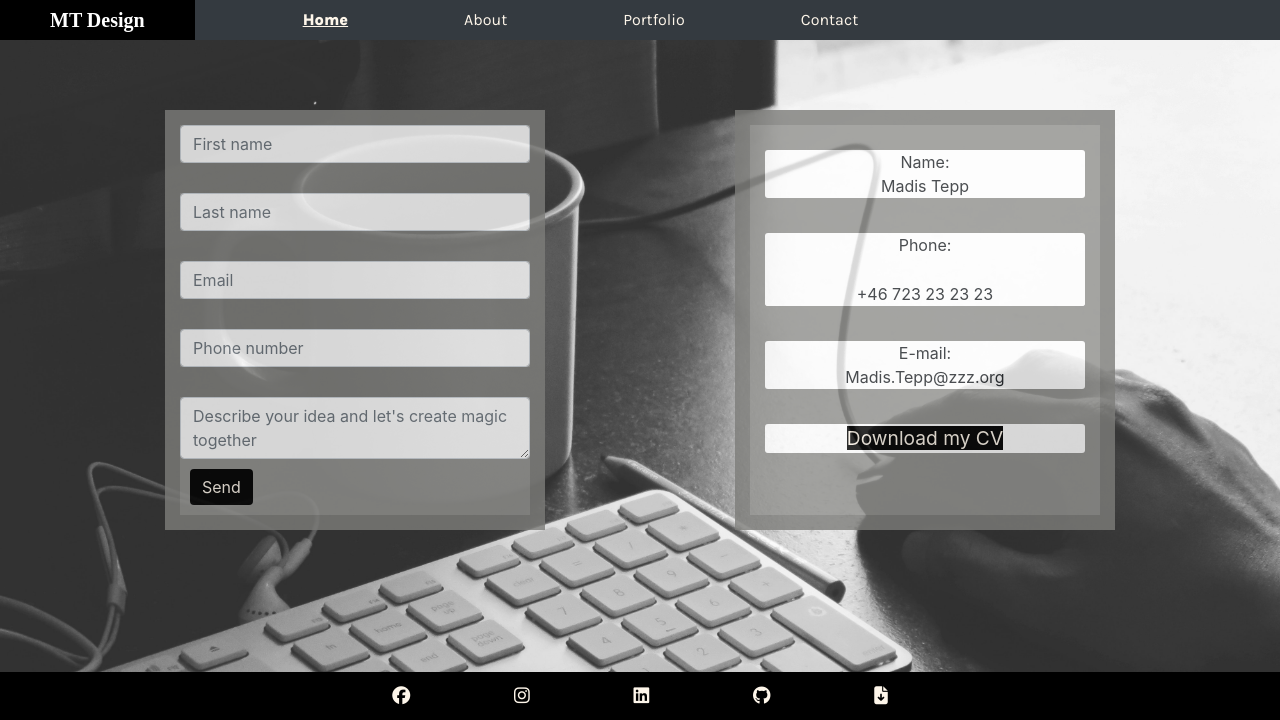
Repository: teppm/personal-portfolio
Page: contact.html
The author's editor kept a record of every edit. The page is drawn from the files as they stood at one moment, then again after the next edit.
The browser window is 1280 px wide. The pictures show the whole page.
Some web libraries are served in a nearby version.

Above is the page before.

### contact.html
<!DOCTYPE html>
<html lang="en">

<head>
    <meta charset="UTF-8">
    <meta name="viewport" content="width=device-width, initial-scale=1.0, shrink-to-fit=no">
    <meta http-equiv="X-UA-Compatible" content="ie=edge">
    <link rel="stylesheet " href="https://stackpath.bootstrapcdn.com/bootstrap/4.3.1/css/bootstrap.min.css" integrity="sha384-ggOyR0iXCbMQv3Xipma34MD+dH/1fQ784/j6cY/iJTQUOhcWr7x9JvoRxT2MZw1T" crossorigin="anonymous">
    <link href="https://fonts.googleapis.com/css?family=Karla:200,200i,400,400i,700,700i,800,800i&display=swap" rel="stylesheet">
    <link rel="stylesheet" href="assets/css/style.css" type="text/css" />
    <title>Madis Tepp</title>
</head>


<body>

<!--navbar-->

<nav class="navbar navbar-expand-lg fixed-top navbar-dark bg-dark">
    <a class="navbar-brand" href="index.html">MT Design</a>
    <button class="navbar-toggler" type="button" data-toggle="collapse" data-target="#navbarSupportedContent" aria-controls="navbarSupportedContent" aria-expanded="false" aria-label="Toggle navigation">
    <span class="navbar-toggler-icon"></span>
    </button>

    <div class="collapse navbar-collapse" id="navbarSupportedContent">
        <ul class="navbar-nav mr-auto">
            <li class="nav-item  active">
                <a class="nav-link" href="index.html">Home<span class="sr-only">(current)</span></a>
            </li>
            <li class="nav-item ">
                <a class="nav-link" href="aboutme.html">About</a>
            </li>
            <li class="nav-item">
                <a class="nav-link" href="portfolio.html">Portfolio</a>
            </li>
            <li class="nav-item">
                <a class="nav-link" href="contact.html">Contact</a>
            </li>
        </ul>
    </div>
</nav>

<!--navbar end-->
<main>
    <div class="container">
        <div class="row justify-content-around">


            <!--contact form-->


            <div class="col-lg-4 col-sm-12 form-style">
                <form>
                    <div class="contact-page-style">
                        <input type="text" class="form-control" placeholder="First name" required>
                    </div>
                    <div class="contact-page-style">
                        <input type="text" class="form-control" placeholder="Last name" required>
                    </div>
                    <div class="contact-page-style">

                        <input type="email" class="form-control" placeholder="Email" required>
                    </div>
                    <div class="contact-page-style">
                        <input type="tel" class="form-control" placeholder="Phone number" required>
                    </div>
                    <div class="contact-page-style">
                        <textarea class="form-control" placeholder="Describe your idea and let's create magic together" required></textarea>
                        <button class="btn btn-primary" type="submit">Send</button>
                    </div>
                </form>
            </div>

            <!--contact form end-->


            <!--contact details-->

            <div class="col-lg-4 col-sm-12 contact-page-style contact-details-style">
                <ul class="contact-list">
                        <li class="contact-details">Name: <br>Madis Tepp</li>

                    <div class="contact-details">
                        <li>Phone:</li>
                        <li class="contact-details">+46 723 23 23 23</li>
                    </div>
                    <div class="contact-details">
                        <li>E-mail:</li>
                        <li>Madis.Tepp@zzz.org</li>
                    </div>
                    <div class="contact-details">
                        <a href="assets/images/Madis_Tepp_CV_2019.docx" target="_blank" class="download-resume">Download my CV</a>
                    </div>
                </ul>
            </div>

            <!--contact details end-->

        </div>
    </div>
</main>

<!--footer section starts here-->


    <footer class="footer fixed-bottom container-fluid">
        <a href="https://www.facebook.com/madis.tepp" target="_blank" title="Visit my Facebook pages"><i class="fab fa-facebook social-links"></i></a>
        <span class="sr-only ">Facebook</span>
        <a href="https://www.instagram.com/teppm/" target="_blank" title="Visit my Instagram account"><i class="fab fa-instagram social-links"></i></a>
        <span class="sr-only ">Instagram</span>
        <a href="https://www.linkedin.com/in/madis-tepp-1a0283b1/" target="_blank" title="Visit my Linkedin account"><i class="fab fa-linkedin social-links"></i></a>
        <span class="sr-only ">Linkedin</span>
        <a href="https://github.com/teppm " target="_blank" title="Visit my GitHub account"><i class="fab fa-github social-links"></i></a>
        <span class="sr-only ">GitHub</span>
        <a href="assets/images/Madis_Tepp_CV_2019.docx" target="_blank" title="Download my resume"><i class="fas fa-file-download social-links"></i></a>
        <span class="sr-only">Resume</span>
    </footer>


<!--footer section ends-->


<!--scrips-->

    <script src="https://code.jquery.com/jquery-3.2.1.slim.min.js" integrity="sha384-KJ3o2DKtIkvYIK3UENzmM7KCkRr/rE9/Qpg6aAZGJwFDMVNA/GpGFF93hXpG5KkN" crossorigin="anonymous"></script>
    <script src="https://cdnjs.cloudflare.com/ajax/libs/popper.js/1.12.9/umd/popper.min.js" integrity="sha384-ApNbgh9B+Y1QKtv3Rn7W3mgPxhU9K/ScQsAP7hUibX39j7fakFPskvXusvfa0b4Q" crossorigin="anonymous"></script>
    <script src="https://maxcdn.bootstrapcdn.com/bootstrap/4.0.0/js/bootstrap.min.js" integrity="sha384-JZR6Spejh4U02d8jOt6vLEHfe/JQGiRRSQQxSfFWpi1MquVdAyjUar5+76PVCmYl" crossorigin="anonymous"></script>
    <script src="https://kit.fontawesome.com/adecd2bab8.js"></script>
</body>
</html>

### assets/css/style.css
/*----------------------------html*/

html {
    background-image: url("../images/rayi-christian-wicaksono-6PF6DaiWz48-unsplash.jpg");
    background-repeat: no-repeat;
    background-color: black;
    background-size: cover;
    min-width: 100%;
    min-height: 100%;
    overflow-y: auto;



}

/*---------------------------------body*/

body {

    background-color: transparent;
    padding-bottom: 60px;
    padding-top: 60px;
}


/*---------------------------------navbar*/

.navbar {
    font-family: "Karla", sans-serif;
    font-weight: bolder;
    color: #FEF6EA;
    padding: 0px;
}



.navbar-dark .navbar-nav .nav-link {
    color: #FEF6EA;
    font-weight: normal;
}

.navbar-dark .navbar-nav .nav-link:hover {
    color: #E8FF00;
}

.navbar-dark .navbar-nav .active>.nav-link {
    color: #FEF6EA;
    font-weight: bolder;
    text-decoration: underline;

}

.navbar-dark>.navbar-brand {
    background-color: #000000;
    margin-right: 50px;
    padding-right: 50px;
    padding-left: 50px;
    color: #E8FF00;
    font-family: "Caveat", cursive;

}

.nav-link {
    margin: 0px 50px 0px 50px;
}
.navbar.navbar-expand-lg.fixed-top.navbar-dark {
    background-color: #000000;
}


/*----------------------------------index.html page content*/

.index-text-style {
    color: #FEF6EA;
    text-align: center;
    background-color: #91918E;
    opacity: 0.8;
    border: 15px solid #7D7D7A;
    margin: 0px 15px 0px 15px;
}

.embed-responsive {
    width: 70%;
    opacity: 0.9;
}


/*--------------------------------------about.html page content*/

.about,
.skills,
.work-history {
    background-color: #91918E;
    border: 15px solid #7D7D7A;
    padding-bottom: 25px;
    padding-top: 25px;
    opacity: 0.8;
    margin: 0px 15px 0px 15px;
    color: #FEF6EA;




}

.about-image {
    width: 100%;
    height: 100%;
    border: 15px solid #7D7D7A;



}

.about-image-container {
    padding-left: 0px;
    padding-right: 0px;
    margin: 0px 15px 0px 15px;

}



.work-history-style {
    padding-left: 0px;
}

.about-me-p {
    margin: 0px;
    font-size: small;
    text-align: left;
    color: #FEF6EA;

}

.progress {
    background-color: #5e6164;
}

.progress-bar {
    background-color: #000000;
}

h4 {
    text-decoration: underline;
}

h6 {
    margin-top: 10px;
    margin-bottom: 0px;
}

/*---------------------------------portfolio page content*/

.works-done {
    background-color: #91918E;
    border: 15px solid #7D7D7A;
    opacity: 0.8;
    font-size: small;
    padding-bottom: 70px;
    margin: 0px 15px 0px 15px;


}

.portfolio-p {
    margin-top: 15px;
    text-align: center;
    color: #FEF6EA;

}

.portfolio-image {
    width: 100%;
    height: 100%;
    padding-bottom: 35px;
}

.portfolio-heading {
    margin-bottom: 50px;
    color: #FEF6EA;
    text-align: center;
}

/*---------------------------------contact page content*/

.contact-page-style {
    background-color: #91918E;
    border: 15px solid #7D7D7A;
    opacity: 0.8;


}

.contact-p {
    background-color: #91918E;
    text-align: center;
    font-weight: bold;
    opacity: 0.8;
    color: #FEF6EA;
}


.btn {
    background-color: black;
    border: 15px black;
    color: #FEF6EA;
    margin: 10px;
}

.btn:hover {
    color: #960A03;
    background-color: black;
}

.btn:visited {
    color: #960A03;
    color: #E8FF00;
}

.contact-details {
    background-color: white;
    margin-top: 25px;
    margin-bottom: 35px;
    text-align: center;
    border-radius: 3px;
}

.download-resume {
    color: #FEF6EA;
    font-size: larger;
    background-color: black;
    width: 100%;


}

.download-resume:hover {
    text-decoration: none;
    color: #E8FF00;
}

.contact-list {
    padding-left: 0px;

}

.form-style {
    padding:0px;

}


/*---------------------------------footer*/

.social-links {
    color: #FEF6EA;
    font-size: large;
    transition: all;
    transition-timing-function: ease-in-out;
    margin: 15px 50px 15px 50px;


}

.social-links:hover {
    color: #E8FF00;
    text-decoration: none;


}

.footer {
    font-family: "Karla", sans-serif;
    text-align: center;
    bottom: 0px;
    background-color: #000000;

}


/*--------------------------------------list*/

li {
    list-style-type: none;
    text-align: center;
}





/*--------------------------------------img-fluid*/

.img-fluid {
    max-width: 100%;
    height: auto;
}




/*------------------------------------------container*/

.container {

    margin-top: 50px;

}



/*----------------------------------------------media query--*/

@media (max-width:767px) {
    .social-links {
        margin: 15px;
    }

}

@media (max-width:1024px) {
    .works-done {
        padding-bottom: 100px;

    }

    .contact-details-style {
        margin-left: 15px;
        margin-right: 15px;

    }

    .embed-responsive {
        width: 90%;
    }
}

@media (max-with:576px) {
     .form-style {
         padding-left:15px;
        padding-right: 15px;

}
}

After the next edit:
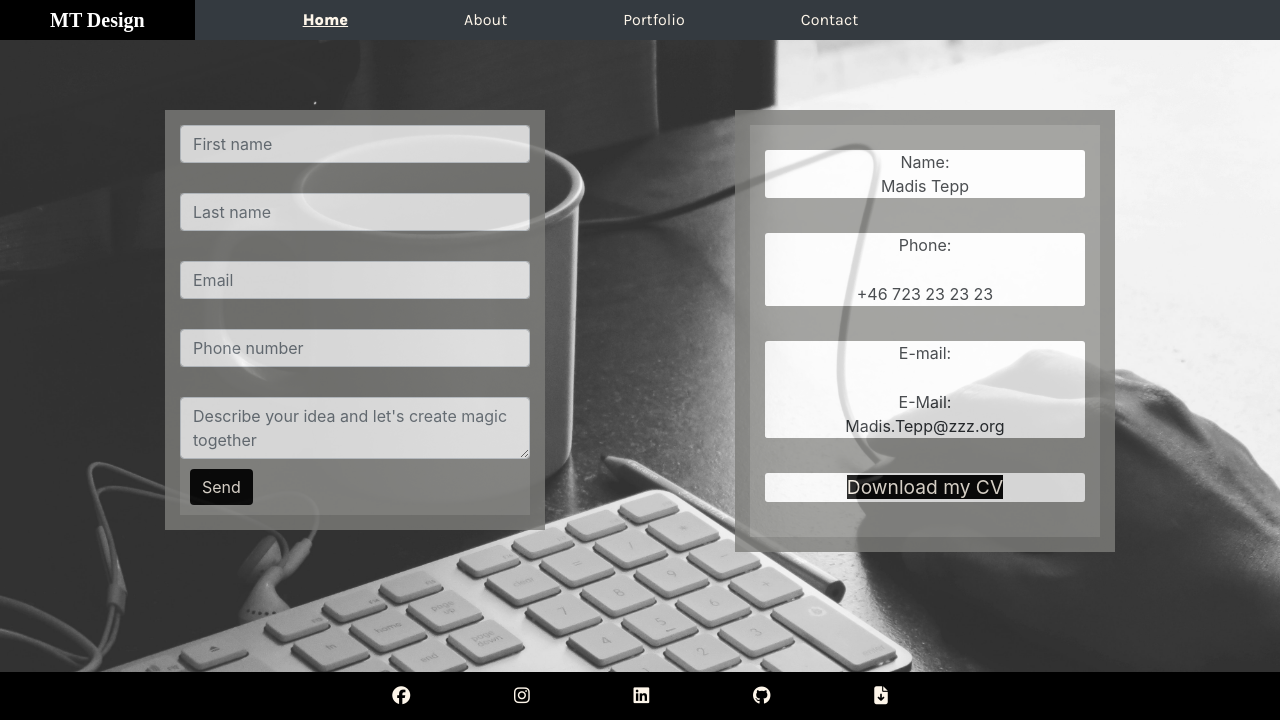
The edit:
--- a/contact.html
+++ b/contact.html
@@ -86,7 +86,7 @@
                     </div>
                     <div class="contact-details">
                         <li>E-mail:</li>
-                        <li>Madis.Tepp@zzz.org</li>
+                        <li class="contact-details">E-Mail: <br>Madis.Tepp@zzz.org</li>
                     </div>
                     <div class="contact-details">
                         <a href="assets/images/Madis_Tepp_CV_2019.docx" target="_blank" class="download-resume">Download my CV</a>
